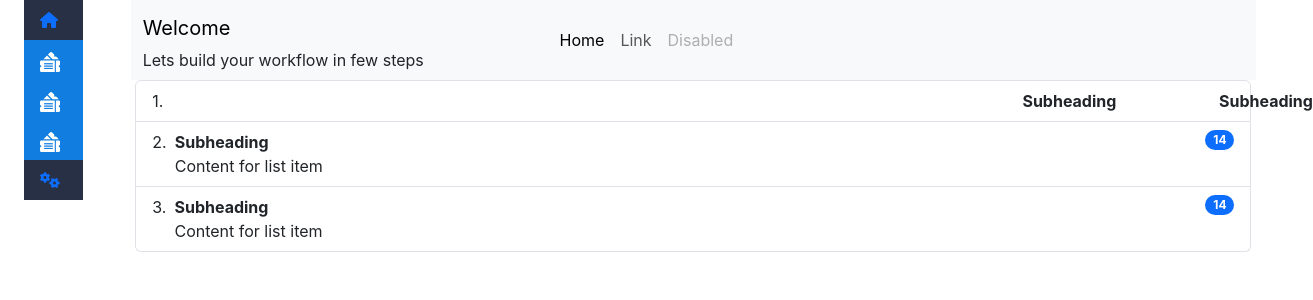
Repository: rishikarajeev/GL_HelpDesk
Page: /showtickets
An editor plug-in stored every save of this project. The page is shown before and after a run of saves, followed by the edit.
The browser window is 1280 px wide. The page is 1313 px wide, then 1280 px, so the pictures cover 1313 px, including what lies to the right of the window. The pictures show the whole page.
The project was rebuilt for these pictures with package versions that can differ from the ones it lists, and the page was loaded fresh each time. Also part of the build but not shown: src/App.css, src/Pages/HomePage.jsx.

Above is the page before, as saved 2024-01-08 21:18:55.

After the next 2 saves:
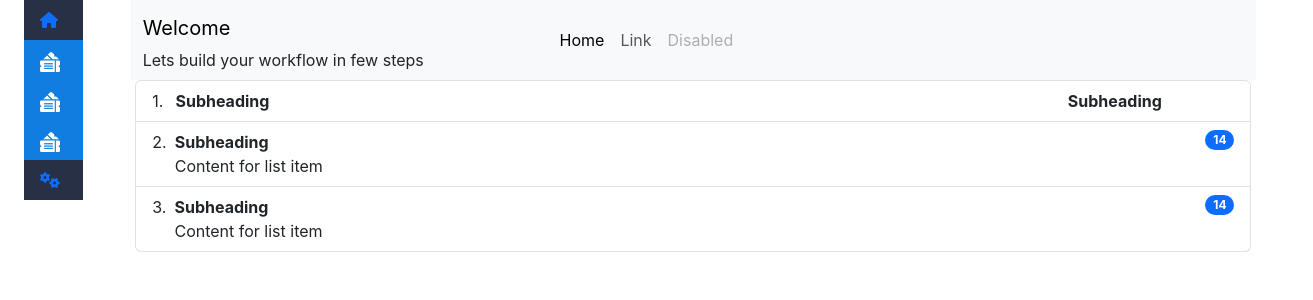
The 2 saves are shown as one change because they came seconds apart.
The last was saved 15 s later.
--- a/src/Pages/ViewTickets.jsx
+++ b/src/Pages/ViewTickets.jsx
@@ -9,7 +9,7 @@ function ViewTickets() {
 
   <ol class="list-group list-group-numbered">
   <li class="list-group-item d-flex justify-content-between align-items-start">
-  <div class="">
+  <div class="container">
   <div className='row'>
   <div className='col-10'>
   <div class="fw-bold">Subheading</div>
